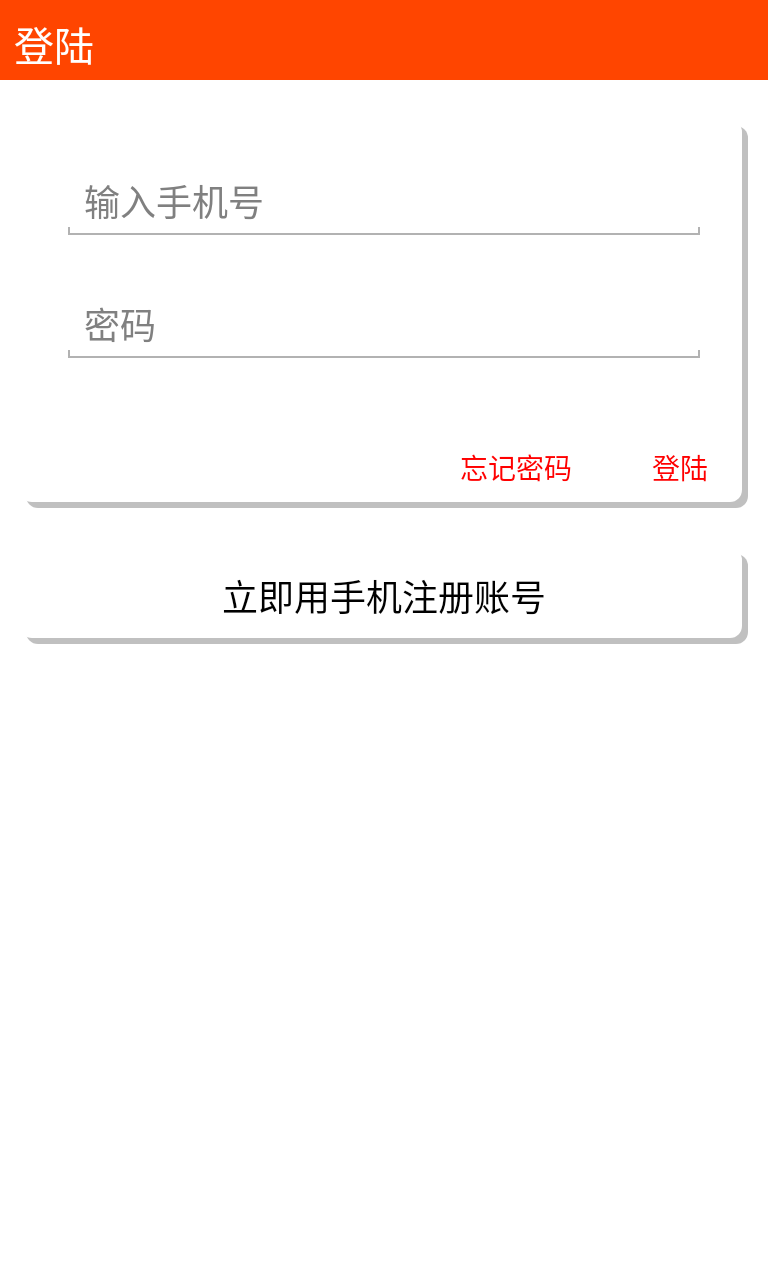
Repository: mrhanliang/Android_4.2
Layout: Android_Level_work/res/layout/activity_main.xml
An editor plug-in stored every save of this project. The layout is shown before and after the next save, followed by the edit.
It is drawn on a 768 x 1280 px phone screen (xhdpi) without system bars, with theme AppTheme; the app's code is not run.

Above is the layout before, as saved 2015-12-05 14:16:41.

### Android_Level_work/res/layout/activity_main.xml
<RelativeLayout xmlns:android="http://schemas.android.com/apk/res/android"
    xmlns:tools="http://schemas.android.com/tools"
    android:layout_width="match_parent"
    android:layout_height="match_parent"
    tools:context="com.example.android_level_work.MainActivity" >

    <LinearLayout
        android:id="@+id/linearLayout1"
        android:layout_width="match_parent"
        android:layout_height="40dp"
        android:background="#ff4500" >

        <TextView
            android:id="@+id/textView1"
            android:layout_width="wrap_content"
            android:layout_height="wrap_content"
            android:layout_margin="7dp"
            android:text="登陆"
            android:textColor="#ffffff"
            android:textSize="20dp" />
    </LinearLayout>

    <RelativeLayout
        android:id="@+id/relativeLayout2"
        android:layout_width="match_parent"
        android:layout_height="wrap_content"
        android:layout_marginLeft="10dp"
        android:layout_marginRight="10dp"
        android:layout_below="@id/linearLayout1"
        android:layout_marginTop="20dp"
        android:background="@drawable/html" >

        <EditText
            android:id="@+id/editText1"
            android:layout_width="match_parent"
            android:layout_height="wrap_content"
            android:layout_marginLeft="20dp"
            android:layout_marginRight="20dp"
            android:layout_marginTop="20dp"
            android:hint="输入手机号" />

        <EditText
            android:id="@+id/editText2"
            android:layout_width="match_parent"
            android:layout_height="wrap_content"
            android:layout_below="@id/editText1"
            android:layout_marginLeft="20dp"
            android:layout_marginRight="20dp"
            android:layout_marginTop="20dp"
            android:hint="密码" />

        <TextView
            android:id="@+id/textView2"
            android:layout_width="wrap_content"
            android:layout_height="wrap_content"
            android:layout_below="@id/editText2"
            android:layout_marginTop="40dp"
            android:layout_marginRight="20dp"
            android:layout_alignParentRight="true"
            android:textColor="#ff0000"
            android:text="登陆"
            android:layout_marginBottom="10dp"
            android:clickable="true"
            />

        <TextView
            android:id="@+id/textView3"
            android:layout_width="wrap_content"
            android:layout_height="wrap_content"
            android:layout_toLeftOf="@id/textView2"
			android:layout_alignBaseline="@id/textView2"
            android:layout_marginRight="40dp"
            android:textColor="#ff0000"
            android:layout_marginBottom="10dp"
            android:text="忘记密码"
            android:clickable="true"
            />
    </RelativeLayout>

    <Button
        android:id="@+id/button1"
        android:layout_width="match_parent"
        android:layout_height="wrap_content"
        android:layout_marginTop="20dp"
        android:text="立即用手机注册账号"
        android:layout_below="@id/relativeLayout2"
        android:layout_marginRight="10dp"
        android:layout_marginLeft="10dp"
        android:background="@drawable/html"
        />

</RelativeLayout>

### Android_Level_work/res/drawable-v14/html.xml
<?xml version="1.0" encoding="utf-8"?>
<layer-list xmlns:android="http://schemas.android.com/apk/res/android" >

    <!-- 阴影部分 -->
    <!-- 个人觉得更形象的表达：top代表下边的阴影高度，left代表右边的阴影宽度。其实也就是相对应的offset，solid中的颜色是阴影的颜色，也可以设置角度等等 -->
    <item
        android:left="3dp"
        android:top="3dp">
        <shape android:shape="rectangle" >

            <gradient
                android:angle="270"

                android:endColor="#3f000000"
                android:startColor="#3f000000" />

            <corners
                android:bottomLeftRadius="6dip"
                android:bottomRightRadius="6dip"
                android:topLeftRadius="6dip"
                android:topRightRadius="6dip" />
        </shape>
    </item>

    <!-- 背景部分 -->
    <!-- 形象的表达：bottom代表背景部分在上边缘超出阴影的高度，right代表背景部分在左边超出阴影的宽度（相对应的offset） -->
    <item
        android:bottom="3dp"
        android:right="3dp">
        <shape android:shape="rectangle" >

            <gradient
                android:angle="270"
                android:endColor="#FFFFFF"
                android:startColor="#FFFFFF" />

            <corners
                android:bottomLeftRadius="6dip"
                android:bottomRightRadius="6dip"
                android:topLeftRadius="6dip"
                android:topRightRadius="6dip" />
        </shape>
    </item>

</layer-list>

Loaded but not shown: Android_Level_work/res/values/styles.xml (common file); Android_Level_work/res/values-v11/styles.xml (common file); Android_Level_work/res/values-v14/styles.xml (common file)

After the next save:
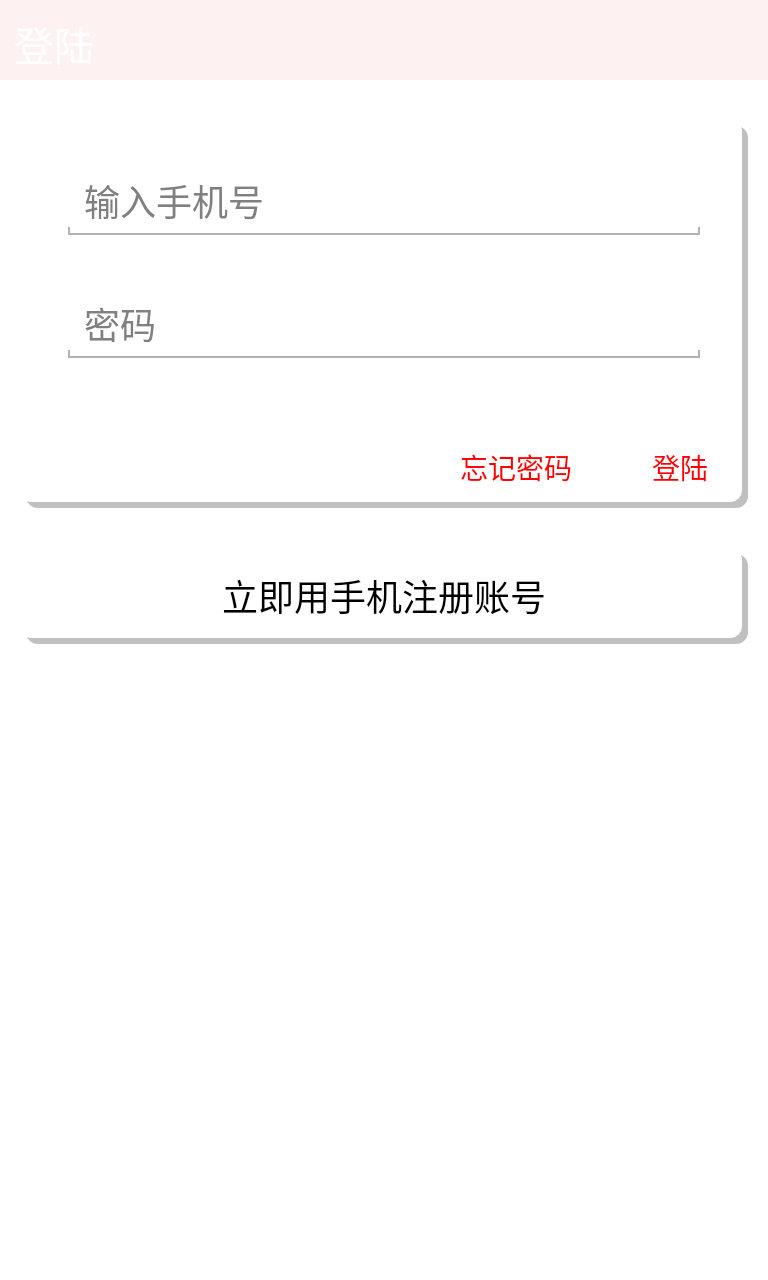
Saved 29 s later.
--- a/Android_Level_work/res/layout/activity_main.xml
+++ b/Android_Level_work/res/layout/activity_main.xml
@@ -8,7 +8,7 @@
         android:id="@+id/linearLayout1"
         android:layout_width="match_parent"
         android:layout_height="40dp"
-        android:background="#ff4500" >
+        android:background="#ee40000" >
 
         <TextView
             android:id="@+id/textView1"
